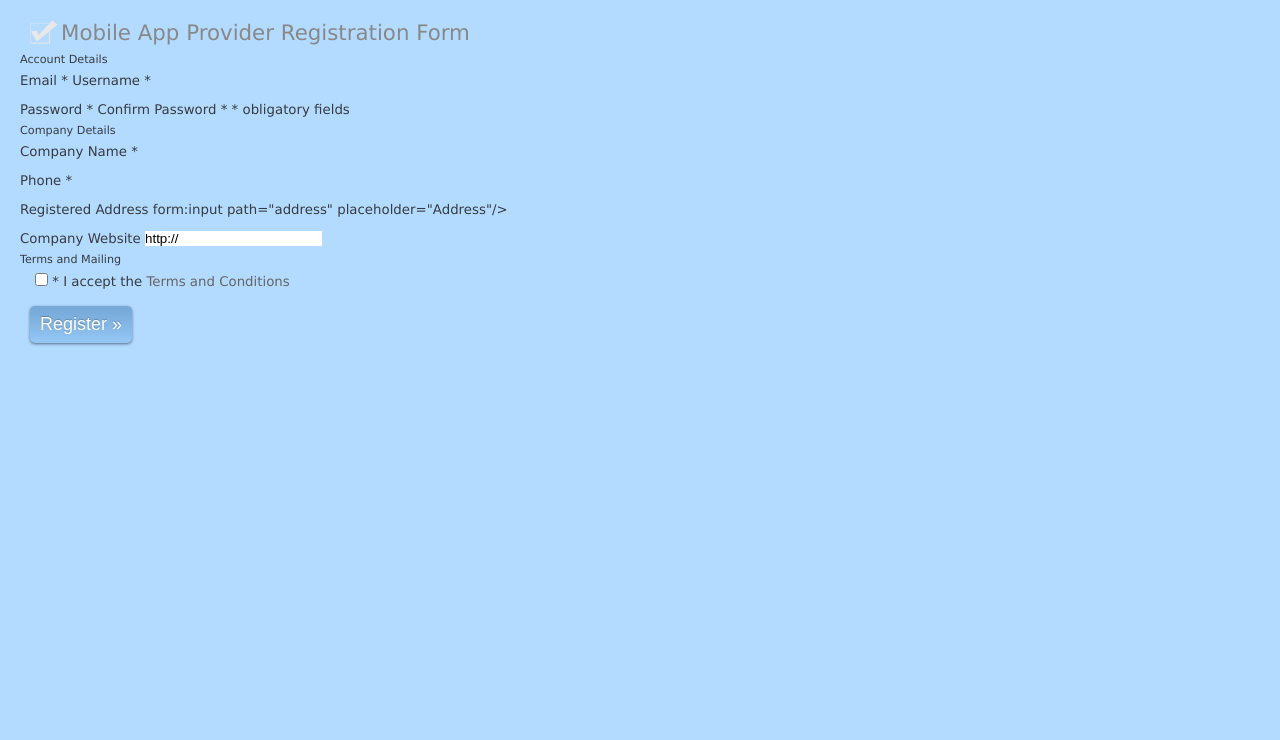
Repository: Bindu1006/CrowdTester
Page: http://localhost/CrowdTesterProject/jsp/AppProviderRegistrationPage.jsp
These files come from the project's save history. The page is drawn as it stood at one moment and after the next save; the edit follows.
The browser window is 1280 px wide. The pictures show the whole page.
The page is served by Tomcat 9.

Above is the page before, as saved 2015-11-25 00:41:56.

After the next save:
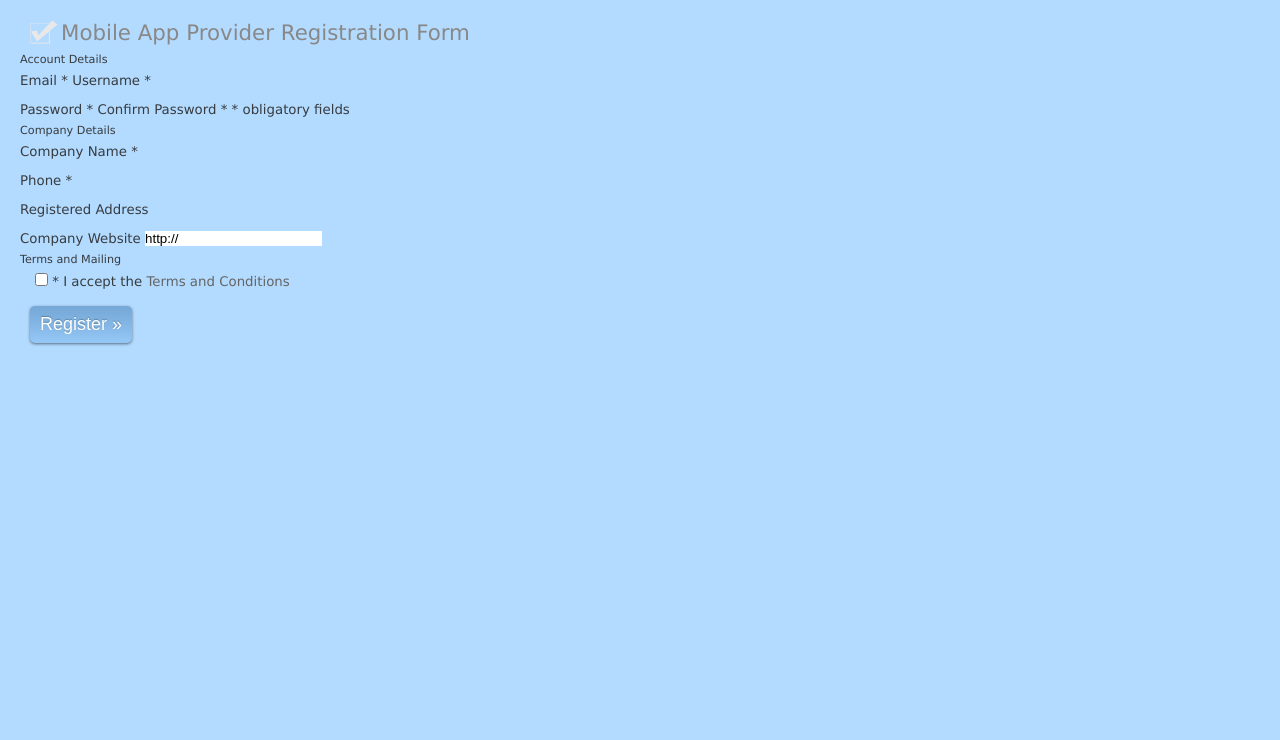
Saved 4 s later.
--- a/CrowdTesterProject/WebContent/jsp/AppProviderRegistrationPage.jsp
+++ b/CrowdTesterProject/WebContent/jsp/AppProviderRegistrationPage.jsp
@@ -47,7 +47,7 @@
                 <p>
                     <label class="optional">Registered Address
                     </label>
-                    form:input path="address" placeholder="Address"/>
+                    <form:input path="address" placeholder="Address"/>
                 </p>
                 <p>
                     <label class="optional">Company Website
